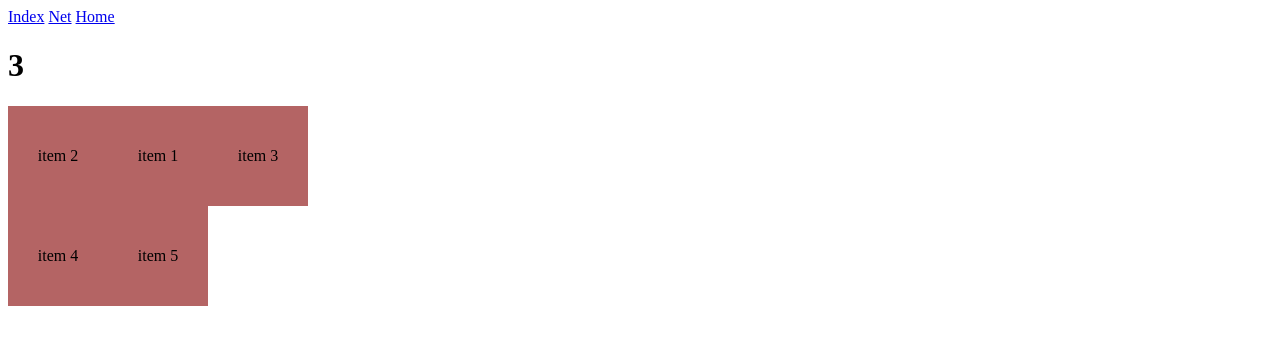
Repository: Nguyen-Toan-2004/du-an-test
Page: product.htm
An editor plug-in stored every save of this project. The page is shown before and after the next save, followed by the edit.
The browser window is 1280 px wide. The pictures show the whole page.

Above is the page before, as saved 2025-10-22 19:35:01.

After the next save:
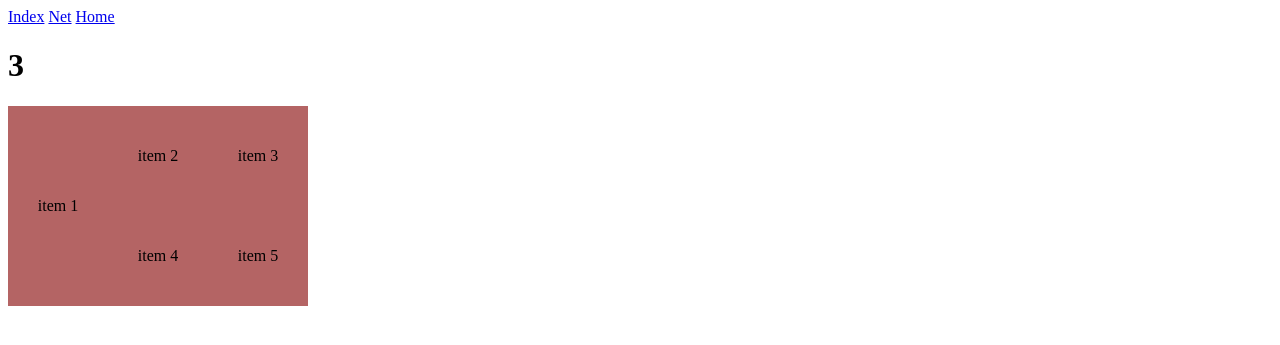
Saved 52 s later.
--- a/product.htm
+++ b/product.htm
@@ -24,7 +24,7 @@
       }
       .box1 {
         grid-row-start: 1;
-        grid-column-end: 3;
+        grid-row-end: 3;
       }
     </style>
     <div class="container">
